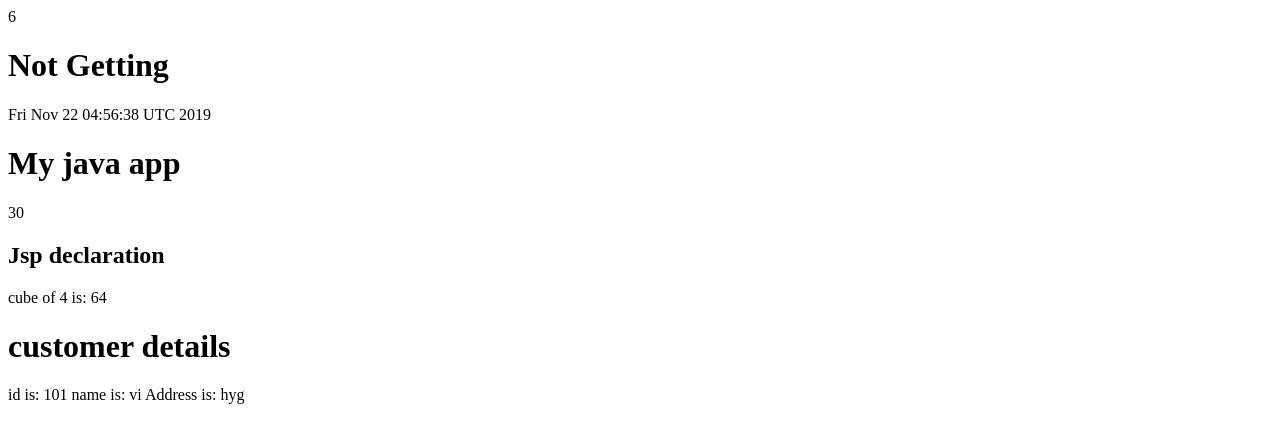
Repository: Vikas333/slk2
Page: http://localhost/Testproject/
The author's editor kept a copy of each file at every save. The page is drawn from the files as they stood at one save, then again after the next save.
The browser window is 1280 px wide. The pictures show the whole page.
The page is served by Tomcat 9.

Above is the page before, as saved 2019-11-22 05:52:50.

### Testproject/WebContent/Test.jsp
<%@ page language="java" contentType="text/html; charset=ISO-8859-1"
    pageEncoding="ISO-8859-1"%>
    <%@ page import ="com.slk.beam.Customer" %>

<!DOCTYPE html PUBLIC "-//W3C//DTD HTML 4.01 Transitional//EN" "http://www.w3.org/TR/html4/loose.dtd">
<html>
<head>
<meta http-equiv="Content-Type" content="text/html; charset=ISO-8859-1">
<title>Insert title here</title>
</head>
<body>
<%=2+4 %>
<h1>Not Getting</h1>
<%=new java.util.Date() %>

<h1>My java app</h1>
<%
int a=10,b=20,c;
c=a+b;
%>
<%=c %>

<h2> Jsp declaration</h2>
<%!
int cube(int n)
{
return n*n*n;
}
%>


<%= "cube of 4 is:  "+cube(4) %>




<h1>customer details</h1>
<%

Customer obj=new Customer();
obj.setCustId(101);
obj.setName("vi");
obj.setAddress("hyg");

%>
<%= "id is: "+obj.getCustId()%>
<%= "name is: "+obj.getName()%>
<%= "Address is: "+obj.getAddress()%>
</body>
</html>

### Testproject/src/com/slk/beam/Customer.java
package com.slk.beam;

public class Customer {
   private int CustId;
   private String name;
   private String address;
public int getCustId() {
	return CustId;
}
public void setCustId(int custId) {
	CustId = custId;
}
public String getName() {
	return name;
}
public void setName(String name) {
	this.name = name;
}
public String getAddress() {
	return address;
}
public void setAddress(String address) {
	this.address = address;
}
}

After the next save:
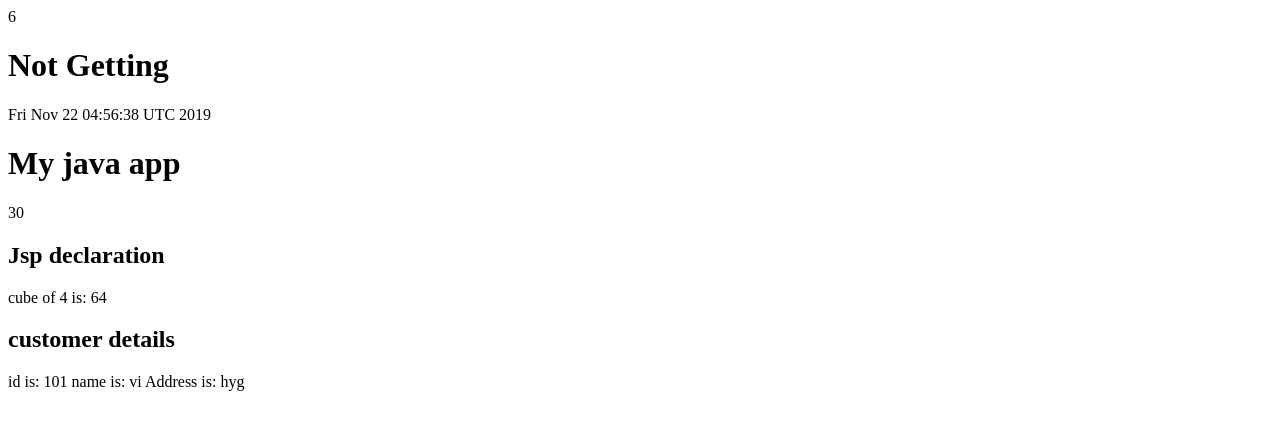
Saved 5 min 35 s later.
--- a/Testproject/WebContent/Test.jsp
+++ b/Testproject/WebContent/Test.jsp
@@ -34,7 +34,7 @@ return n*n*n;
 
 
 
-<h1>customer details</h1>
+<h2>customer details</h2>
 <%
 
 Customer obj=new Customer();
